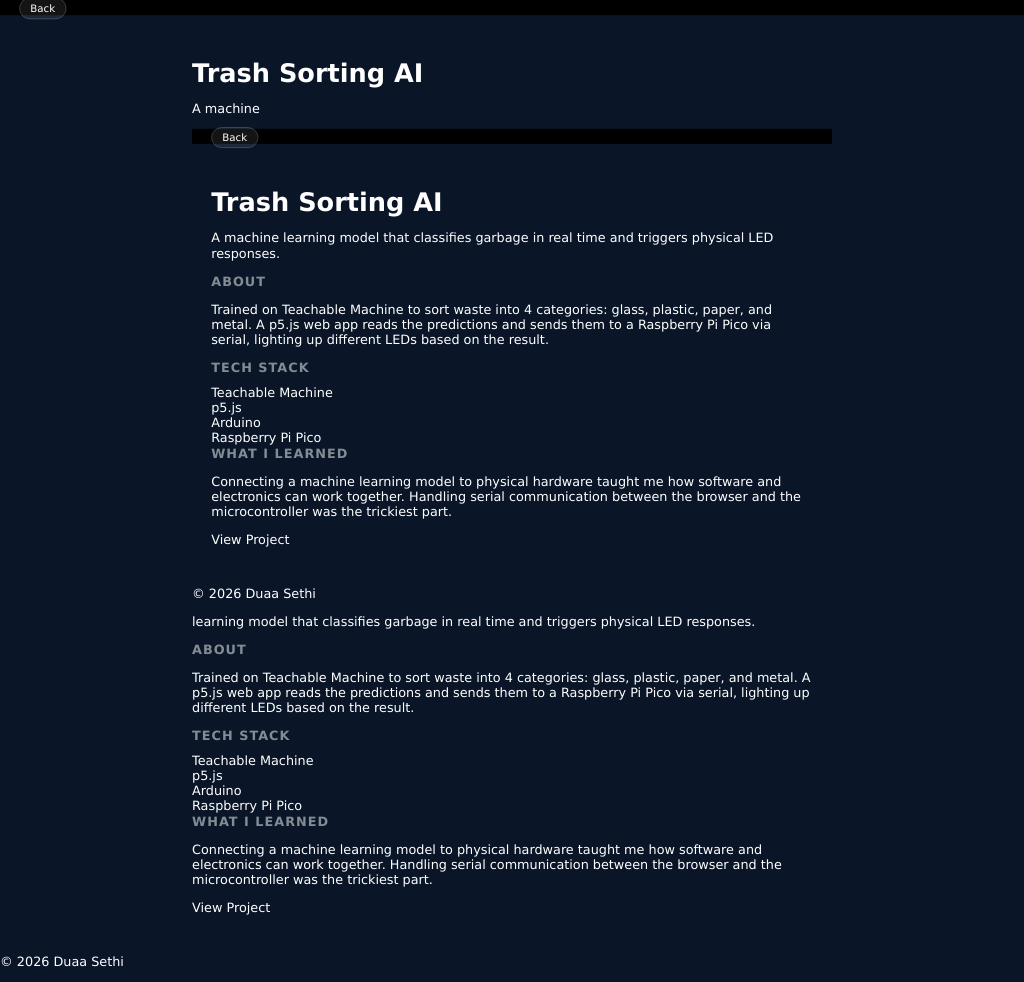
Repository: Duaa-Sethi/Duaa-Sethi
Page: pages/trash-sorting.html
The author's editor kept a copy of each file at every save. The page is drawn from the files as they stood at one save, then again after the next save.
The browser window is 1280 px wide. The pictures show the whole page, at 80% of full size.
Some web fonts or font styles are not loaded; a fallback is used.

Above is the page before, as saved 2026-05-08 17:27:08.

### pages/trash-sorting.html
<!doctype html>
<html lang="en">
  <head>
    <meta charset="UTF-8" />
    <meta name="viewport" content="width=device-width, initial-scale=1.0" />
    <title>Trash Sorting AI | Duaa Sethi</title>
    <link rel="stylesheet" href="../styles/globals.css" />
    <link rel="stylesheet" href="../styles/project.css" />
  </head>
  <body>
    <nav>
      <ul>
        <li><a href="../index.html" class="tag">Back</a></li>
      </ul>
    </nav>

    <main>
      <h1>Trash Sorting AI</h1>
      <p>
        A machine <!doctype html>
        <html lang="en">
          <head>
            <meta charset="UTF-8" />
            <meta
              name="viewport"
              content="width=device-width, initial-scale=1.0"
            />
            <title>Trash Sorting AI | Duaa Sethi</title>
            <link rel="stylesheet" href="../styles/globals.css" />
            <link rel="stylesheet" href="../styles/project.css" />
          </head>
          <body>
            <nav>
              <ul>
                <li><a href="../index.html" class="tag">Back</a></li>
              </ul>
            </nav>

            <main>
              <h1>Trash Sorting AI</h1>
              <p>
                A machine learning model that classifies garbage in real time
                and triggers physical LED responses.
              </p>

              <h2>About</h2>
              <p>
                Trained on Teachable Machine to sort waste into 4 categories:
                glass, plastic, paper, and metal. A p5.js web app reads the
                predictions and sends them to a Raspberry Pi Pico via serial,
                lighting up different LEDs based on the result.
              </p>

              <h2>Tech Stack</h2>
              <ul class="tags">
                <li>Teachable Machine</li>
                <li>p5.js</li>
                <li>Arduino</li>
                <li>Raspberry Pi Pico</li>
              </ul>

              <h2>What I Learned</h2>
              <p>
                Connecting a machine learning model to physical hardware taught
                me how software and electronics can work together. Handling
                serial communication between the browser and the microcontroller
                was the trickiest part.
              </p>

              <a
                href="https://editor.p5js.org/duairfansethi/full/mdRLpCkG2"
                target="blank"
                class="btn"
                >View Project</a
              >
            </main>

            <footer>
              <p>© 2026 Duaa Sethi</p>
            </footer>
          </body>
        </html>
        learning model that classifies garbage in real time and triggers
        physical LED responses.
      </p>

      <h2>About</h2>
      <p>
        Trained on Teachable Machine to sort waste into 4 categories: glass,
        plastic, paper, and metal. A p5.js web app reads the predictions and
        sends them to a Raspberry Pi Pico via serial, lighting up different LEDs
        based on the result.
      </p>

      <h2>Tech Stack</h2>
      <ul class="tags">
        <li>Teachable Machine</li>
        <li>p5.js</li>
        <li>Arduino</li>
        <li>Raspberry Pi Pico</li>
      </ul>

      <h2>What I Learned</h2>
      <p>
        Connecting a machine learning model to physical hardware taught me how
        software and electronics can work together. Handling serial
        communication between the browser and the microcontroller was the
        trickiest part.
      </p>

      <a
        href="https://editor.p5js.org/duairfansethi/full/mdRLpCkG2"
        target="blank"
        class="btn"
        >View Project</a
      >
    </main>

    <footer>
      <p>© 2026 Duaa Sethi</p>
    </footer>
  </body>
</html>

### styles/globals.css
/* FONT DEFS */
@font-face {
  font-family: "main font";
  src: url(../assets/fonts/NewsCycle-Regular.ttf);
}

/* CROSS PAGE STYLES */
body {
  font-family: "main font", Verdana, sans-serif;
  color: white;
  margin: 0;
}

h1 {
  font-weight: bold;
  font-size: 1.5rem; /* too small for desktop*/
}

a {
  text-decoration: none;
  color: white;
}
h2,
h3 {
  margin: 0;
}
a:hover {
  text-decoration: underline;
}
ul {
  list-style: none;
  padding: 0;
  margin: 0;
}

### styles/project.css
body {
  background-color: #0a1628;
}
nav {
  background-color: black;
  padding: 0 1.5rem;
}
nav ul {
  display: flex;
}
.tag {
  background-color: rgba(255, 255, 255, 0.08);
  border: 1px solid rgba(255, 255, 255, 0.2);
  border-radius: 20px;
  padding: 0.3rem 0.8rem;
  font-size: 0.8rem;
}
.tag:hover {
  background-color: rgba(255, 255, 255, 0.15);
  text-decoration: none;
}
main {
  max-width: 800px;
  margin: auto;
  padding: 2rem 1.5rem;
}

h1 {
  font-size: 2rem;
  margin-bottom: 0.5rem;
}
h2 {
  font-size: 1rem;
  opacity: 0.5;
  text-transform: uppercase;
  letter-spacing: 0.08em;
  margin-bottom: 0.75rem;
}

After the next save:
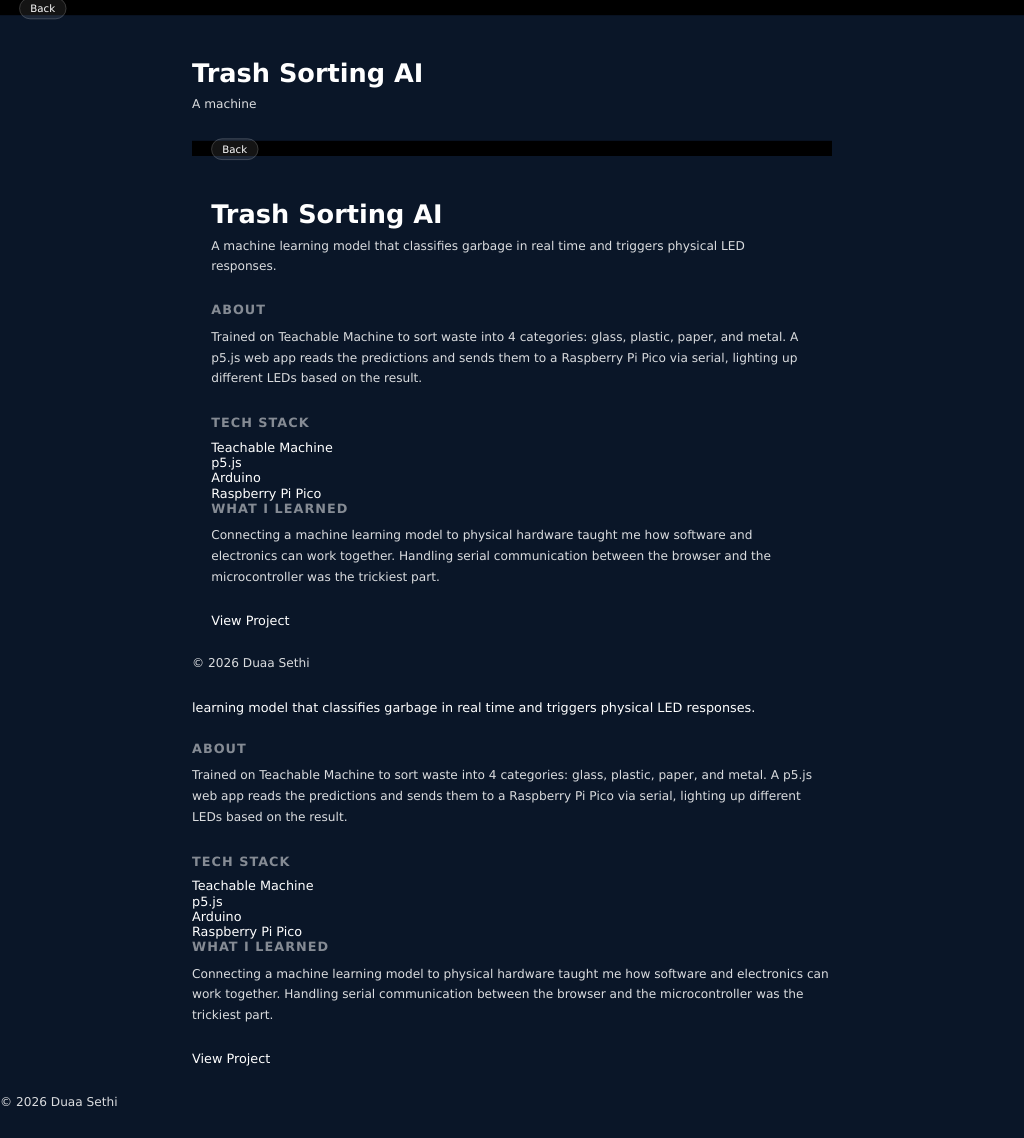
Saved 10 s later.
--- a/styles/project.css
+++ b/styles/project.css
@@ -36,3 +36,9 @@ h2 {
   letter-spacing: 0.08em;
   margin-bottom: 0.75rem;
 }
+p {
+  font-size: 0.95rem;
+  line-height: 1.7;
+  opacity: 0.85;
+  margin: 0 0 2rem 0;
+}
